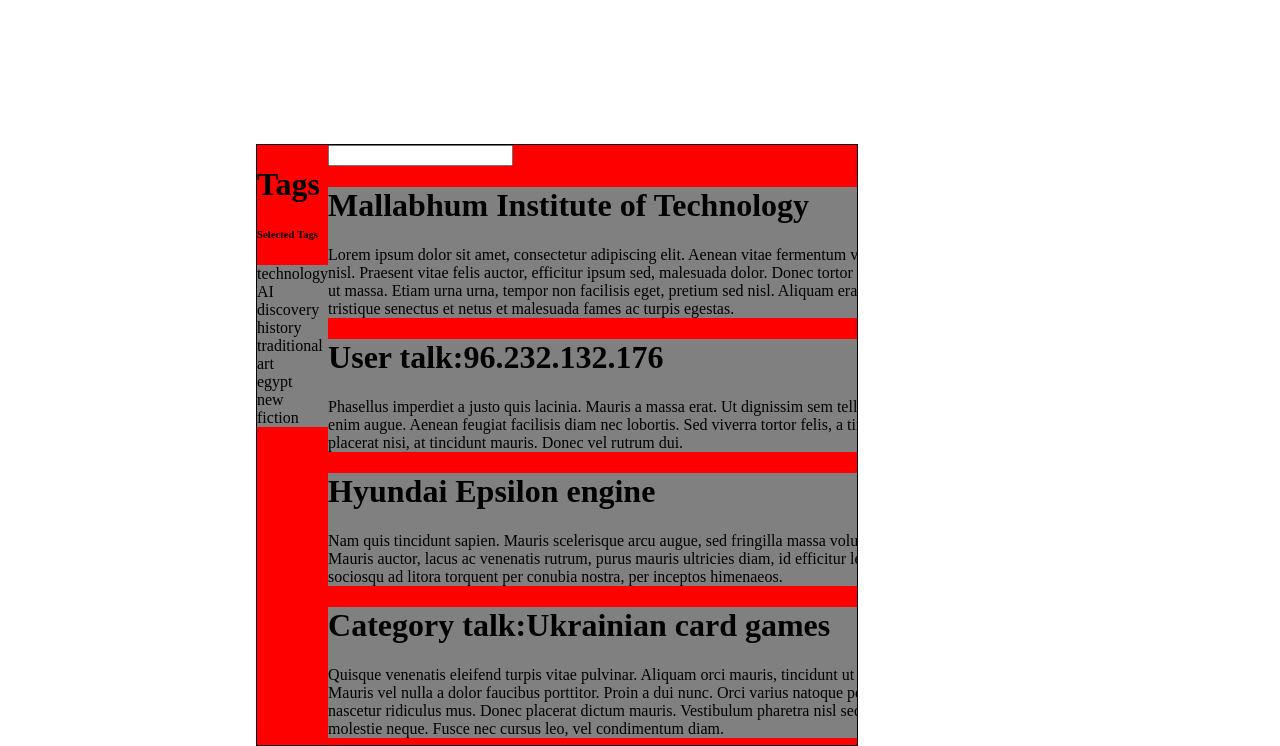
Repository: KelaiAffaf/bridger
Page: /
The author's editor kept a copy of each file at every save. The page is drawn from the files as they stood at one save, then again after the next save.
The browser window is 1280 px wide. The pictures show the whole page.
The project was rebuilt for these pictures with package versions that can differ from the ones it lists, and the page was loaded fresh each time. Also part of the build but not shown: vite.config.js.

Above is the page before, as saved 2023-06-08 11:20:22.

### src/App.jsx
// eslint-disable-next-line no-unused-vars
import React, { useState } from "react";
import { data } from "./NewComponents/data.js";
import Tag from "./NewComponents/Tag";
import InfoBox from "./NewComponents/InfoBox";

function App() {


  const [value, setValue] = useState("");

  const getTags = (data) => {
    const tagsArray = [];

    data.forEach((user) => {
      user.tags.forEach((tag) => {
        if (!tagsArray.includes(tag)) {
          tagsArray.push(tag);
        }
      });
    });

    return tagsArray;
  };

  const uniqueTags = getTags(data);

  return (
    <div
    style={{
      display: "flex",
      justifyContent: "space-between",
      width: "600px",
      height: "600px",
      border: "1px solid black",
      backgroundColor: "red",
      overflow: "hidden",
      position: "absolute",
      top: "20%",
      left: "20%",
    }}
      >
      <div>
        <h1>Tags</h1>
        <h6>Selected Tags</h6>
        <Tag tags={uniqueTags} />
      </div>

      <div
      style={{
        height: "500px",
        backgroundColor:"red"
      }}
      >
        <input onChange={(e) => setValue(e.target.value)} />
        {data &&
          data.map((user) => (
            <div key={user.id}>
              {(user.title.includes(value) ||
                user.content.includes(value)) && (
                <InfoBox title={user.title} body={user.content} />
              )}
            </div>
          ))}
      </div>
    </div>
  );
}

export default App;

### src/NewComponents/data.js
// articles
export const  data = [
    {
        "id": 1,
        "title": "Mallabhum Institute of Technology",
        "content": "Lorem ipsum dolor sit amet, consectetur adipiscing elit. Aenean vitae fermentum velit. In a pulvinar nibh. Vivamus eu eros nisl. Praesent vitae felis auctor, efficitur ipsum sed, malesuada dolor. Donec tortor tortor, sagittis sed maximus ac, euismod ut massa. Etiam urna urna, tempor non facilisis eget, pretium sed nisl. Aliquam erat volutpat. Pellentesque habitant morbi tristique senectus et netus et malesuada fames ac turpis egestas.",
        "tags": ["technology", "AI", "discovery"]
    },
    {
        "id": 2,
        "title": "User talk:96.232.132.176",
        "content": "Phasellus imperdiet a justo quis lacinia. Mauris a massa erat. Ut dignissim sem tellus, at aliquet nibh rutrum non. Donec at enim augue. Aenean feugiat facilisis diam nec lobortis. Sed viverra tortor felis, a tincidunt risus malesuada nec. Donec et placerat nisi, at tincidunt mauris. Donec vel rutrum dui.",
        "tags": ["history","technology", "traditional"]
    },
    {
        "id": 3,
        "title": "Hyundai Epsilon engine",
        "content": "Nam quis tincidunt sapien. Mauris scelerisque arcu augue, sed fringilla massa volutpat sit amet. Aenean vitae orci tellus. Mauris auctor, lacus ac venenatis rutrum, purus mauris ultricies diam, id efficitur lectus tortor sed urna. Class aptent taciti sociosqu ad litora torquent per conubia nostra, per inceptos himenaeos.",
        "tags": ["art","egypt"]
    },
    {
        "id": 4,
        "title": "Category talk:Ukrainian card games",
        "content": "Quisque venenatis eleifend turpis vitae pulvinar. Aliquam orci mauris, tincidunt ut sollicitudin sit amet, convallis quis orci. Mauris vel nulla a dolor faucibus porttitor. Proin a dui nunc. Orci varius natoque penatibus et magnis dis parturient montes, nascetur ridiculus mus. Donec placerat dictum mauris. Vestibulum pharetra nisl sed eros dictum tristique. Praesent ac molestie neque. Fusce nec cursus leo, vel condimentum diam.",
        "tags": ["discovery","history"]
    },
    {
        "id": 5,
        "title": "Pellentesque non vulputate dolor",
        "content": "Fusce aliquam scelerisque lorem, a gravida ante efficitur eu. Duis ultricies leo scelerisque ante lacinia, ac viverra elit aliquam. Nullam at faucibus nisl. Nunc fringilla in urna sed suscipit. Integer in ipsum lectus. Pellentesque non vulputate dolor, vel scelerisque sapien. Nulla facilisi. Duis at sodales lacus. In hac habitasse platea dictumst.",
        "tags": ["new","fiction"]
    }
  ]

### src/NewComponents/Tag.jsx
import React from 'react'

function Tag({tags}) {
  return (
   <div>
    <div
    style={{
      borderRedius: '5px',
      backgroundColor: 'grey',
    }}
    >
      {tags && tags.map(ele=><div >{ele}</div>)
    }
    </div>
   </div>
  )
}

export default Tag

### src/NewComponents/InfoBox.jsx
import React from 'react'

function InfoBox({title,body}) {
  return (
    <div
    style={{
      backgroundColor: 'grey',
      width :"800px"
    }}
    >
        <h1>{title}</h1>
        <p>{body} </p>
    </div>
  )
}

export default InfoBox

Loaded but not shown: index.html (common file); src/main.jsx (common file)

After the next save:
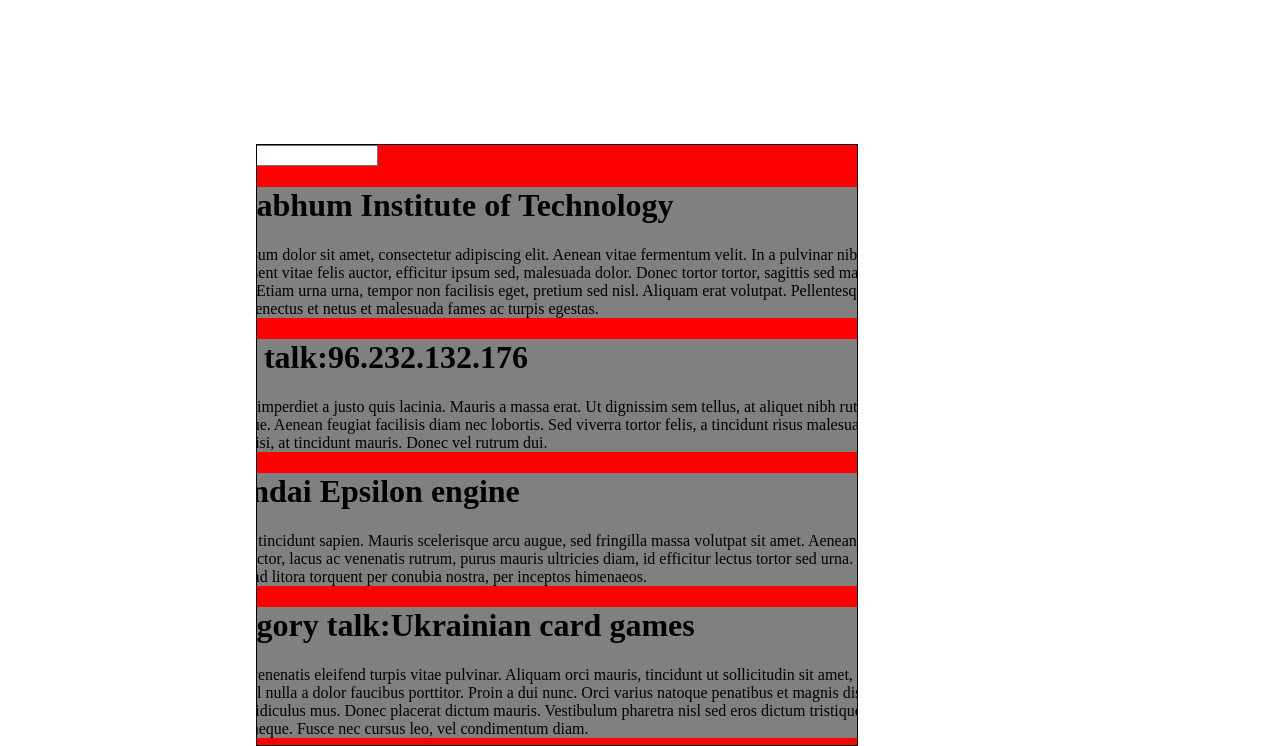
Saved 15 s later.
--- a/src/App.jsx
+++ b/src/App.jsx
@@ -29,7 +29,7 @@
     <div
     style={{
       display: "flex",
-      justifyContent: "space-between",
+      justifyContent: "center",
       width: "600px",
       height: "600px",
       border: "1px solid black",

After the 2 saves that followed:
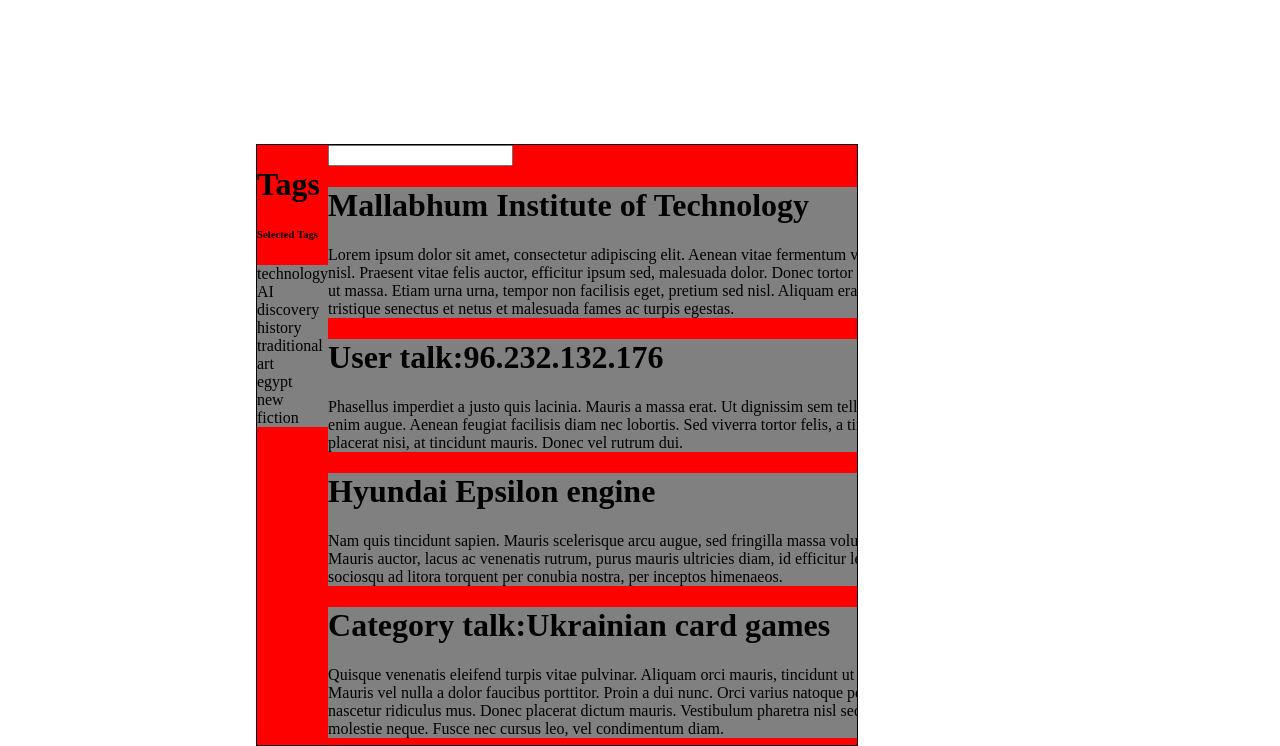
The 2 saves are shown as one change because they came seconds apart.
The last was saved 5 s later.
--- a/src/App.jsx
+++ b/src/App.jsx
@@ -29,7 +29,7 @@
     <div
     style={{
       display: "flex",
-      justifyContent: "center",
+      justifyContent: "space-between",
       width: "600px",
       height: "600px",
       border: "1px solid black",
